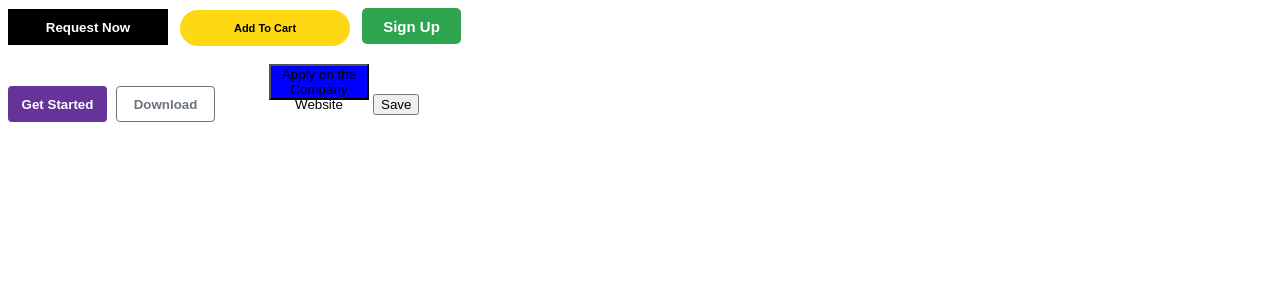
Repository: RagulRanjeeth/Frontend
Page: ButtonsExercise.html
The author's editor kept a copy of each file at every save. The page is drawn from the files as they stood at one save, then again after the next save.
The browser window is 1280 px wide. The pictures show the whole page.

Above is the page before, as saved 2026-01-19 13:43:58.

### ButtonsExercise.html
<style>
.Uber{
   background-color: black;
   color: white;
   height: 36px;
   width: 160px;
   font-weight: bold;
   border: none;
   margin-right: 8px;
}

.amazon{
    background-color: rgba(255, 216, 20);
    color: black;
    height: 36px;
    width: 170px;
    font-weight:bold;
    font-size: 11px;
    border:none;
    border-radius: 18px;
}

.gitHub{
    background-color: rgba(46, 164, 79);
    height:36px;
    width: 99px;
    color: white;
    border: none;
    border-radius: 5px;
    font-weight: bold;
    font-size: 15px;
    margin-left: 8px;
}

.Bootstrap{
    background-color: rebeccapurple;
    height: 36px;
    width: 99px;
    color: white;
    font-weight: bold;
    border: none;
    border-radius: 4px;
    margin-right: 5px;
}

.BootstrapDownload{
    background-color: white;
    height: 36px;
    width: 99px;
    color: rgb(108, 117, 125);
    font-weight: bold;
    border-width: 1px;
    border-style: solid;
    border-color: rgb(108, 117, 125);
    border-radius: 4px;
    margin-right: 50px;
}

.LinkedINAppling{
    Background-color: blue;
    height: 36px;
    width: 100px;
    color: wwhite;

}
</style>


<button class="Uber">
    Request Now
</button>

<button class="amazon">
    Add To Cart
</button>

<button class="gitHub">
    Sign Up
</button>

<br>
<br>


<button class="Bootstrap">
    Get Started
</button>

<button class="BootstrapDownload">
    Download
</button>




<button class="LinkedINAppling">
   Apply on the Company Website
</button>


<button class="LinkedINsave">
   Save
</button>

After the next save:
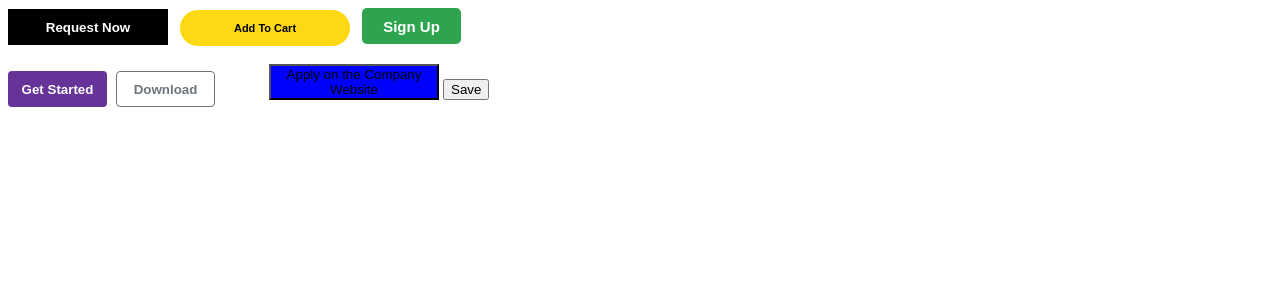
Saved 11 s later.
--- a/ButtonsExercise.html
+++ b/ButtonsExercise.html
@@ -59,7 +59,7 @@
 .LinkedINAppling{
     Background-color: blue;
     height: 36px;
-    width: 100px;
+    width: 170px;
     color: wwhite;
 
 }
